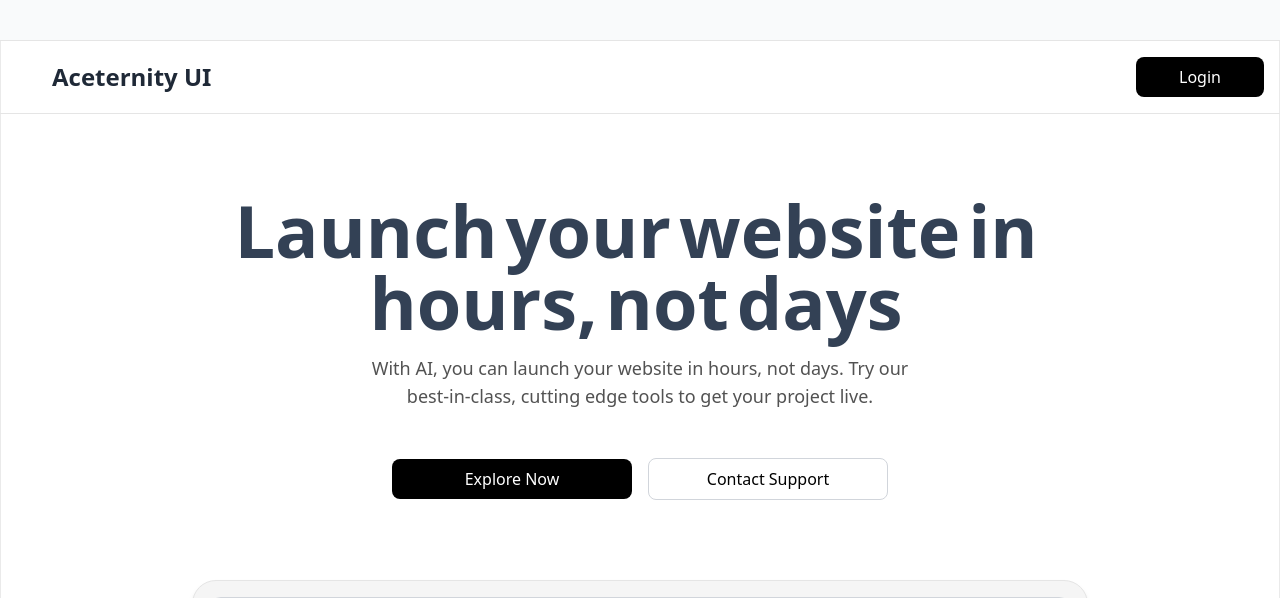
Repository: gaswiz/pythia-core
Page: / (app in frontend-v2/)
An editor plug-in stored every save of this project. The page is shown before and after the next save, followed by the edit.
The browser window is 1280 px wide. The pictures show the part of the page from y = 0 to 598 px (the page is 2861 px tall before and 2889 px after).
Pictures or frames that could not be fetched are drawn as grey boxes. Some web libraries are served in a nearby version. The project was rebuilt for these pictures with package versions that can differ from the ones it lists, and the page was loaded fresh each time. Also part of the build but not shown: frontend-v2/vite.config.js.

Above is the page before, as saved 2025-05-28 00:26:25.

After the next save:
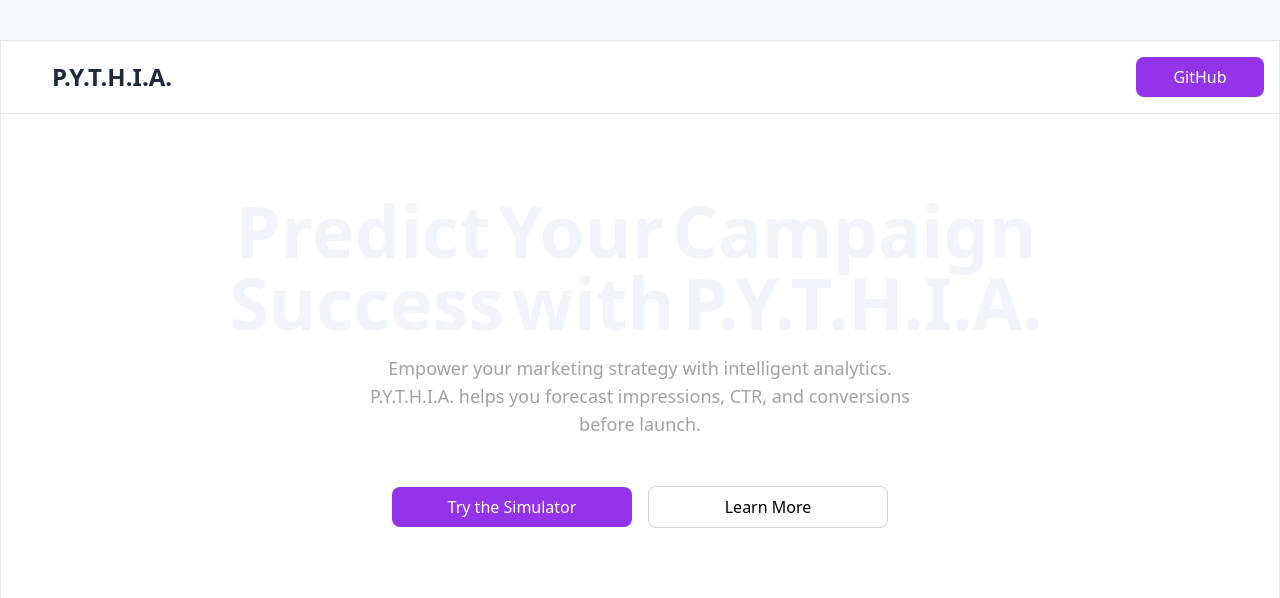
Saved 64 s later.
--- a/frontend-v2/src/components/ui/hero-section-demo-1.tsx
+++ b/frontend-v2/src/components/ui/hero-section-demo-1.tsx
@@ -1,6 +1,6 @@
 /*
   File: /src/components/ui/hero-section-demo-1.tsx
-  Description: Animated hero section based on Aceternity UI with text effects.
+  Description: Animated hero section customized for P.Y.T.H.I.A.
 */
 
 "use client";
@@ -12,41 +12,39 @@
     <div className="relative mx-auto my-10 flex max-w-7xl flex-col items-center justify-center">
       <Navbar />
       <div className="absolute inset-y-0 left-0 h-full w-px bg-neutral-200/80 dark:bg-neutral-800/80">
-        <div className="absolute top-0 h-40 w-px bg-gradient-to-b from-transparent via-blue-500 to-transparent" />
+        <div className="absolute top-0 h-40 w-px bg-gradient-to-b from-transparent via-purple-500 to-transparent" />
       </div>
       <div className="absolute inset-y-0 right-0 h-full w-px bg-neutral-200/80 dark:bg-neutral-800/80">
-        <div className="absolute h-40 w-px bg-gradient-to-b from-transparent via-blue-500 to-transparent" />
+        <div className="absolute h-40 w-px bg-gradient-to-b from-transparent via-purple-500 to-transparent" />
       </div>
       <div className="absolute inset-x-0 bottom-0 h-px w-full bg-neutral-200/80 dark:bg-neutral-800/80">
-        <div className="absolute mx-auto h-px w-40 bg-gradient-to-r from-transparent via-blue-500 to-transparent" />
+        <div className="absolute mx-auto h-px w-40 bg-gradient-to-r from-transparent via-purple-500 to-transparent" />
       </div>
       <div className="px-4 py-10 md:py-20">
-        <h1 className="relative z-10 mx-auto max-w-4xl text-center text-2xl font-bold text-slate-700 md:text-4xl lg:text-7xl dark:text-slate-300">
-          {"Launch your website in hours, not days"
-            .split(" ")
-            .map((word, index) => (
-              <motion.span
-                key={index}
-                initial={{ opacity: 0, filter: "blur(4px)", y: 10 }}
-                animate={{ opacity: 1, filter: "blur(0px)", y: 0 }}
-                transition={{
-                  duration: 0.3,
-                  delay: index * 0.1,
-                  ease: "easeInOut",
-                }}
-                className="mr-2 inline-block"
-              >
-                {word}
-              </motion.span>
-            ))}
+        <h1 className="relative z-10 mx-auto max-w-4xl text-center text-2xl font-bold text-slate-100 md:text-4xl lg:text-7xl dark:text-slate-300">
+          {"Predict Your Campaign Success with P.Y.T.H.I.A.".split(" ").map((word, index) => (
+            <motion.span
+              key={index}
+              initial={{ opacity: 0, filter: "blur(4px)", y: 10 }}
+              animate={{ opacity: 1, filter: "blur(0px)", y: 0 }}
+              transition={{
+                duration: 0.3,
+                delay: index * 0.1,
+                ease: "easeInOut",
+              }}
+              className="mr-2 inline-block"
+            >
+              {word}
+            </motion.span>
+          ))}
         </h1>
         <motion.p
           initial={{ opacity: 0 }}
           animate={{ opacity: 1 }}
           transition={{ duration: 0.3, delay: 0.8 }}
-          className="relative z-10 mx-auto max-w-xl py-4 text-center text-lg font-normal text-neutral-600 dark:text-neutral-400"
+          className="relative z-10 mx-auto max-w-xl py-4 text-center text-lg font-normal text-neutral-400"
         >
-          With AI, you can launch your website in hours, not days. Try our best-in-class, cutting edge tools to get your project live.
+          Empower your marketing strategy with intelligent analytics. P.Y.T.H.I.A. helps you forecast impressions, CTR, and conversions before launch.
         </motion.p>
         <motion.div
           initial={{ opacity: 0 }}
@@ -54,11 +52,11 @@
           transition={{ duration: 0.3, delay: 1 }}
           className="relative z-10 mt-8 flex flex-wrap items-center justify-center gap-4"
         >
-          <button className="w-60 transform rounded-lg bg-black px-6 py-2 font-medium text-white transition-all duration-300 hover:-translate-y-0.5 hover:bg-gray-800 dark:bg-white dark:text-black dark:hover:bg-gray-200">
-            Explore Now
+          <button className="w-60 transform rounded-lg bg-purple-600 px-6 py-2 font-medium text-white transition-all duration-300 hover:-translate-y-0.5 hover:bg-purple-700">
+            Try the Simulator
           </button>
           <button className="w-60 transform rounded-lg border border-gray-300 bg-white px-6 py-2 font-medium text-black transition-all duration-300 hover:-translate-y-0.5 hover:bg-gray-100 dark:border-gray-700 dark:bg-black dark:text-white dark:hover:bg-gray-900">
-            Contact Support
+            Learn More
           </button>
         </motion.div>
         <motion.div
@@ -70,7 +68,7 @@
           <div className="w-full overflow-hidden rounded-xl border border-gray-300 dark:border-gray-700">
             <img
               src="https://assets.aceternity.com/pro/aceternity-landing.webp"
-              alt="Landing page preview"
+              alt="P.Y.T.H.I.A. dashboard preview"
               className="aspect-[16/9] h-auto w-full object-cover"
               height={1000}
               width={1000}
@@ -86,11 +84,11 @@
   return (
     <nav className="flex w-full items-center justify-between border-t border-b border-neutral-200 px-4 py-4 dark:border-neutral-800">
       <div className="flex items-center gap-2">
-        <div className="size-7 rounded-full bg-gradient-to-br from-violet-500 to-pink-500" />
-        <h1 className="text-base font-bold md:text-2xl">Aceternity UI</h1>
+        <div className="size-7 rounded-full bg-gradient-to-br from-purple-500 to-pink-500" />
+        <h1 className="text-base font-bold md:text-2xl">P.Y.T.H.I.A.</h1>
       </div>
-      <button className="w-24 transform rounded-lg bg-black px-6 py-2 font-medium text-white transition-all duration-300 hover:-translate-y-0.5 hover:bg-gray-800 md:w-32 dark:bg-white dark:text-black dark:hover:bg-gray-200">
-        Login
+      <button className="w-24 transform rounded-lg bg-purple-600 px-6 py-2 font-medium text-white transition-all duration-300 hover:-translate-y-0.5 hover:bg-purple-700 md:w-32">
+        GitHub
       </button>
     </nav>
   );
